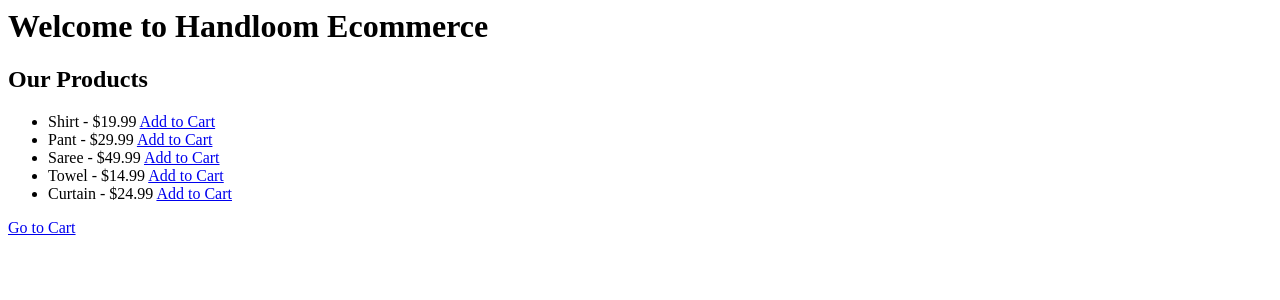
Repository: 2200030277/Handoom_new
Page: http://localhost/HandloomEcommerce/
These files come from the project's save history. The page is drawn as it stood at one moment and after the next save; the edit follows.
The browser window is 1280 px wide. The pictures show the whole page.
The page is served by Tomcat 9. Queries for data that is not in the repository find no rows.

Above is the page before, as saved 2024-12-10 18:16:48.

After the next save:
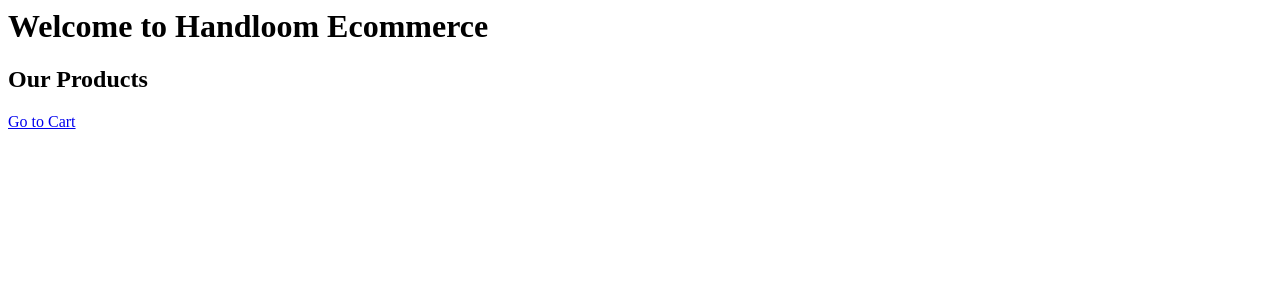
Saved 91 s later.
--- a/HandloomEcommerce/src/main/webapp/index.jsp
+++ b/HandloomEcommerce/src/main/webapp/index.jsp
@@ -1,6 +1,7 @@
 <%@ page contentType="text/html;charset=UTF-8" language="java" %>
 <%@ page import="java.util.List" %>
-<%@ page import="java.util.Arrays" %>
+<%@ page import="com.handloom.models.Product" %>
+<%@ page import="com.handloom.util.DBHelper" %>
 <html>
 <head>
     <title>Handloom Ecommerce</title>
@@ -10,20 +11,18 @@
     <h2>Our Products</h2>
 
     <%
-        // Here, you can fetch the list of products from the database
-        // We'll simulate product data with prices for now.
-        List<String> products = Arrays.asList("Shirt", "Pant", "Saree", "Towel", "Curtain");
-        List<Double> prices = Arrays.asList(19.99, 29.99, 49.99, 14.99, 24.99); // Simulating prices
+        // Fetch products from the database
+        List<Product> products = DBHelper.getAllProducts();
     %>
 
     <ul>
         <%
-            for (int i = 0; i < products.size(); i++) {
-                String product = products.get(i);
-                double price = prices.get(i);
+            // Iterate through the products and display them
+            for (Product product : products) {
         %>
-            <li><%= product %> - $<%= price %>
-                <a href="CartServlet?product=<%= product %>&price=<%= price %>">Add to Cart</a>
+            <li>
+                <%= product.getName() %> - $<%= product.getPrice() %>
+                <a href="CartServlet?product=<%= product.getName() %>&price=<%= product.getPrice() %>">Add to Cart</a>
             </li>
         <%
             }
